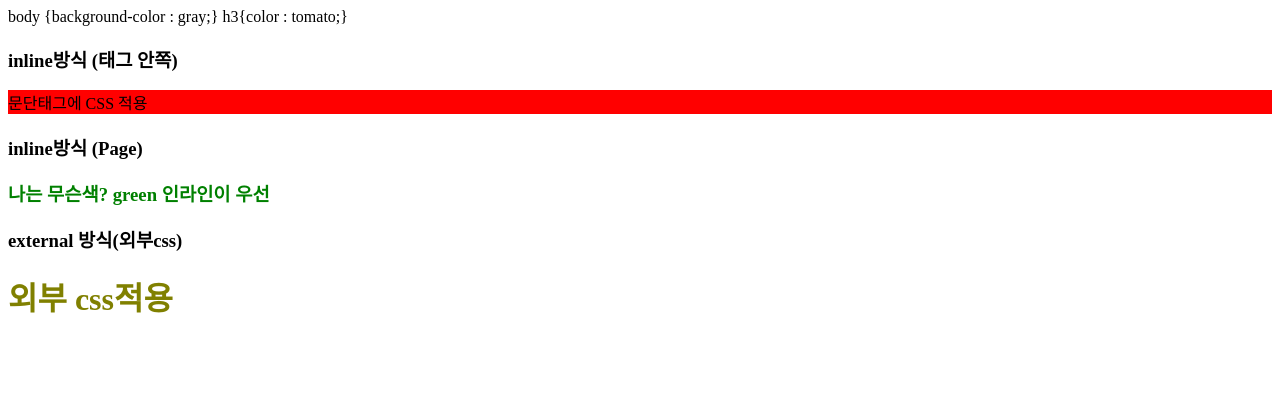
Repository: start-ha/MSA_EDU
Page: WEB/WebFront/WebLabs/Web/src/main/webapp/Ex03_Basic_Css.html
An editor plug-in stored every save of this project. The page is shown before and after the next save, followed by the edit.
The browser window is 1280 px wide. The pictures show the whole page.

Above is the page before, as saved 2025-09-16 05:57:49.

After the next save:
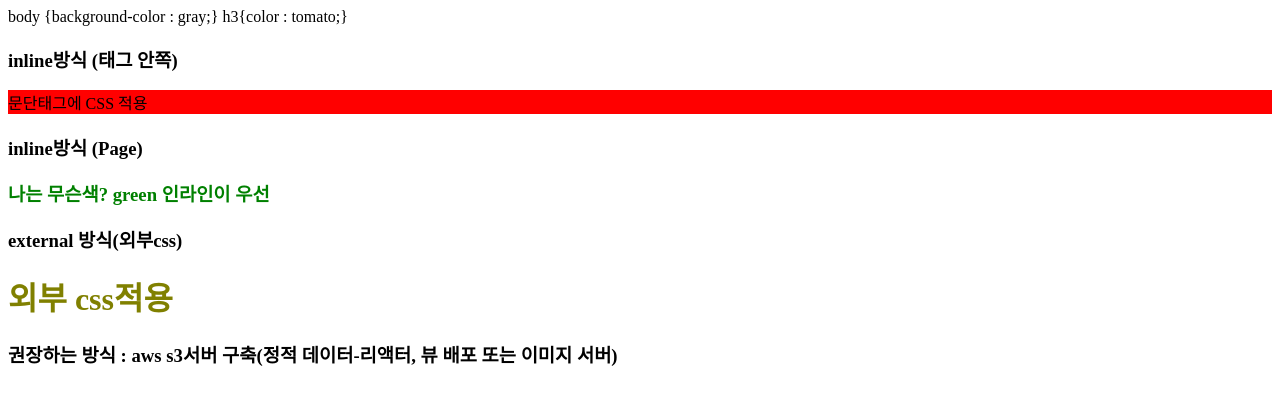
Saved 53 s later.
--- a/WEB/WebFront/WebLabs/Web/src/main/webapp/Ex03_Basic_Css.html
+++ b/WEB/WebFront/WebLabs/Web/src/main/webapp/Ex03_Basic_Css.html
@@ -34,5 +34,10 @@ External > 외부에 별도의 css 만듬 > common.css, hader.css
 
 	<h3>external 방식(외부css)</h3>
 	<h1>외부 css적용</h1>
+
+	<h3>권장하는 방식 : aws s3서버 구축(정적 데이터-리액터, 뷰 배포 또는 이미지 서버)</h3>
+
+
+
 </body>
 </html>
